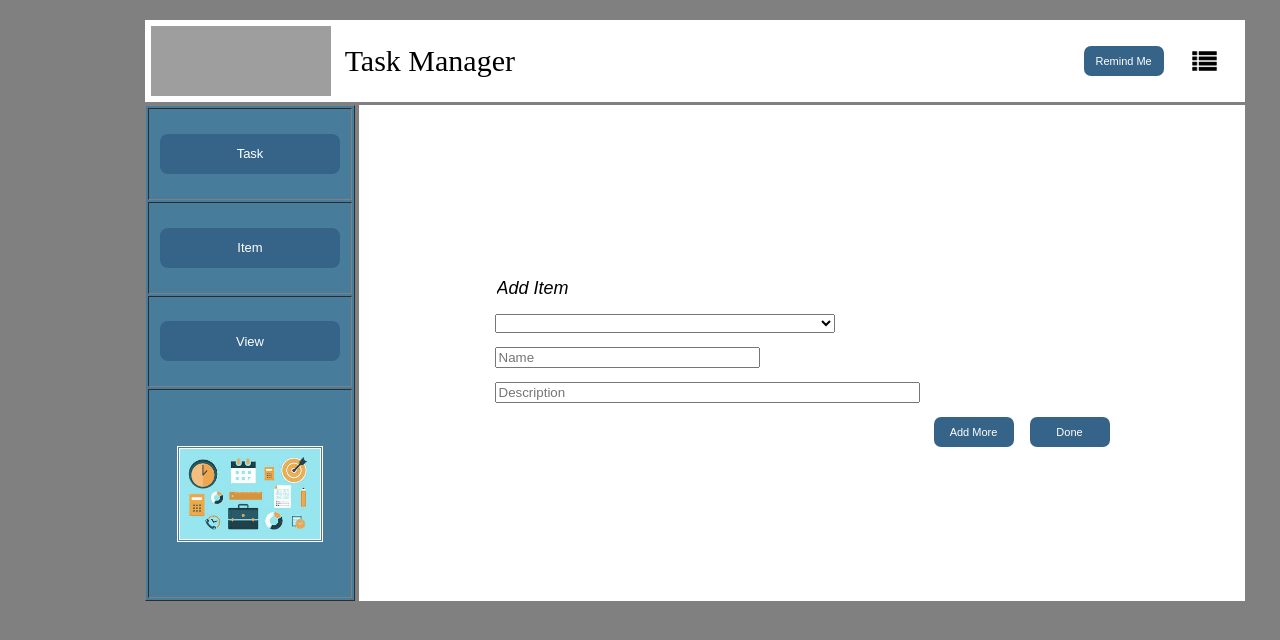
Repository: SnehaSalvi/TaskManagerProject
Page: http://localhost/TaskManagerChecklist/AddItem.jsp
The author's editor kept a copy of each file at every save. The page is drawn from the files as they stood at one save, then again after the next save.
The browser window is 1280 px wide. The pictures show the whole page.
Pictures or frames that could not be fetched are drawn as grey boxes. The page is served by Tomcat 9.

Above is the page before, as saved 2016-10-14 10:38:30.

After the next save:
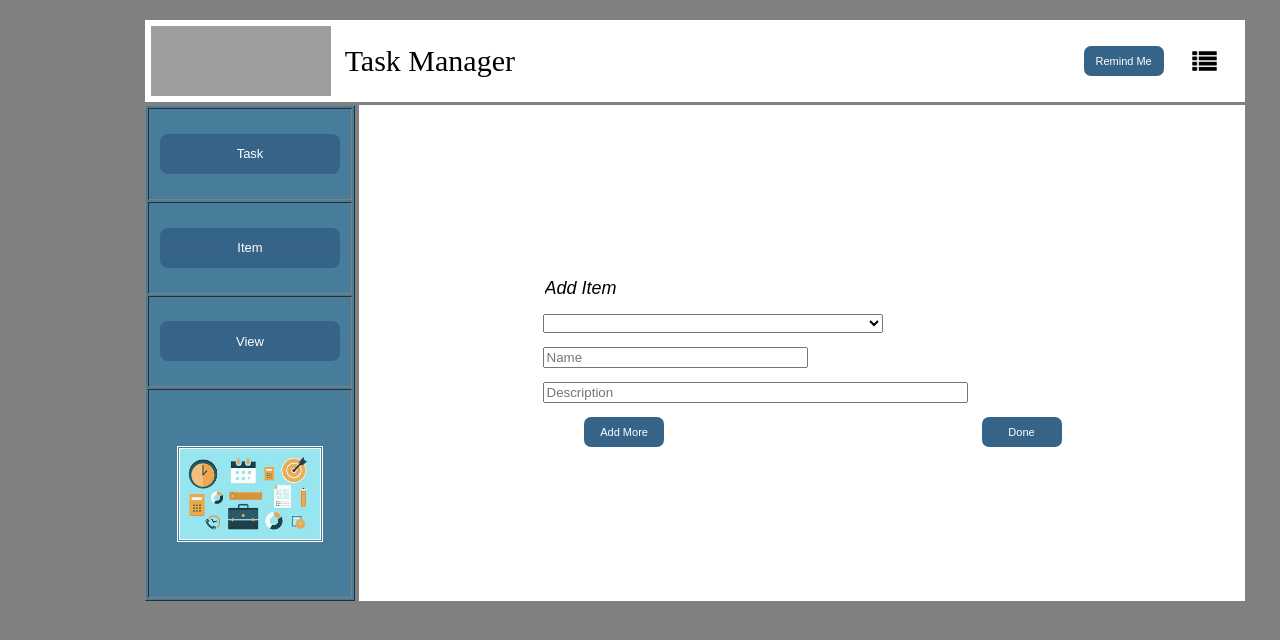
Saved 2 min 54 s later.
--- a/TaskManagerChecklist/WebContent/AddItem.jsp
+++ b/TaskManagerChecklist/WebContent/AddItem.jsp
@@ -86,11 +86,14 @@
 									<td>&nbsp;</td>
 								</tr>
 								<tr>
-									<td colspan="2">
+									<td>
 
 									</td>
 									<td>
-										<input type="submit" id="button1" name="addmore" value="Add More"/>&nbsp;&nbsp;&nbsp;&nbsp;<input id="button1" type="submit" name="done" value="Done"/>
+										<input type="submit" id="button1" name="addmore" value="Add More"/>
+									</td>
+									<td>
+										<input id="button1" type="submit" name="done" value="Done"/>
 									</td>
 								</tr>
 							</table>
